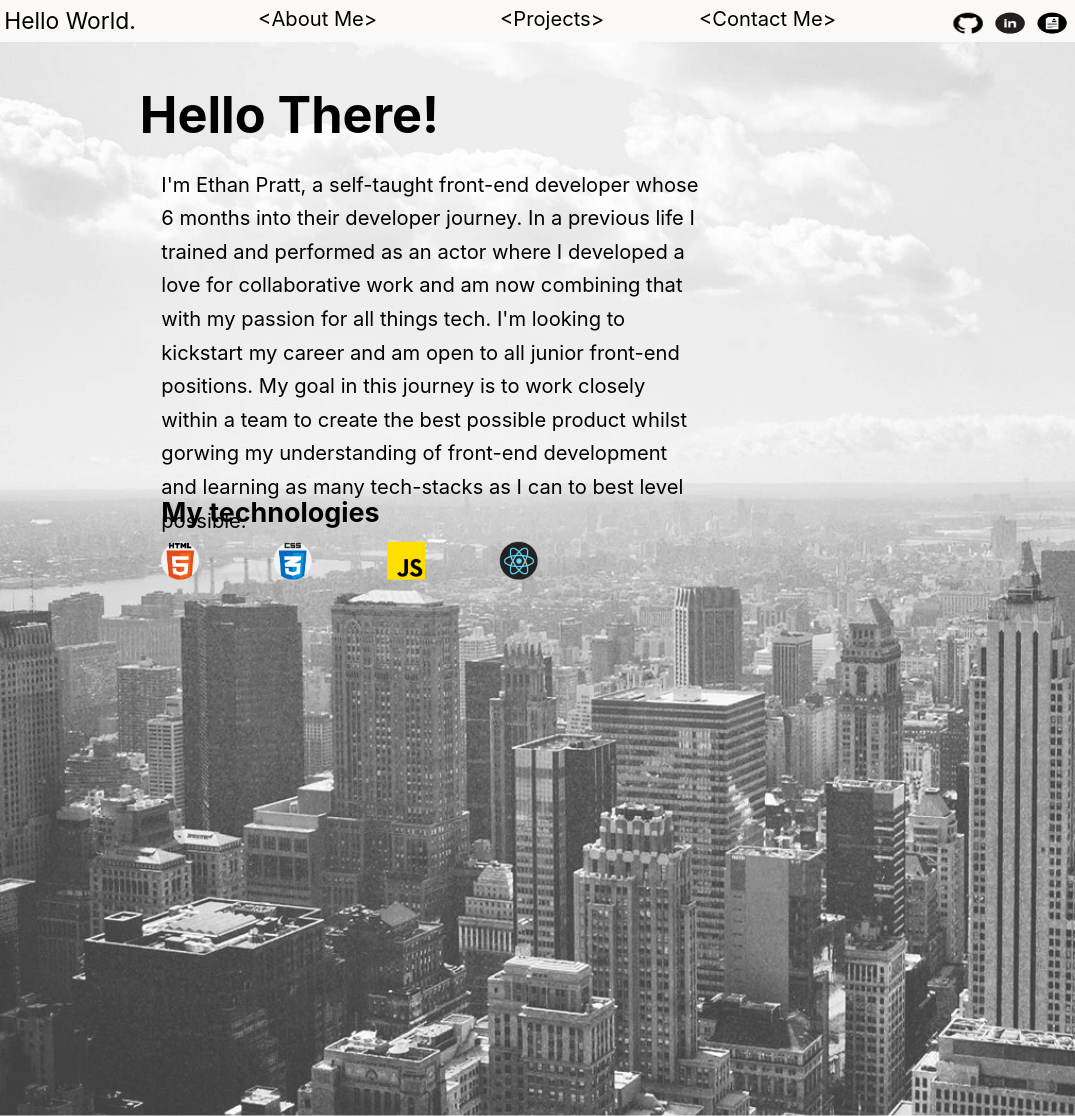
Repository: ghend99/website_ethan_pratt
Page: /about
These files come from the project's save history. The page is drawn as it stood at one moment and after the next save; the edit follows.
The browser window is 1280 px wide. The pictures show the whole page, at 84% of full size.
The project was rebuilt for these pictures with package versions that can differ from the ones it lists, and the page was loaded fresh each time. Also part of the build but not shown: src/pages/home.js, src/pages/project.js, src/css/contact.css, src/pages/contact.js.

Above is the page before, as saved 2023-04-03 12:39:23.

### public/index.html
<!DOCTYPE html>
<html lang="en">
  <head>
    <meta charset="utf-8" />
    <link rel="icon" href="%PUBLIC_URL%/favicon.ico" />
    <meta name="viewport" content="width=device-width, initial-scale=1" />
    <meta name="theme-color" content="#000000" />
    <meta
      name="description"
      content="Web site created using create-react-app"
    />
    <link rel="apple-touch-icon" href="%PUBLIC_URL%/logo192.png" />
    <!--
      manifest.json provides metadata used when your web app is installed on a
      user's mobile device or desktop. See https://developers.google.com/web/fundamentals/web-app-manifest/
    -->
    <link rel="manifest" href="%PUBLIC_URL%/manifest.json" />
    <!--
      Notice the use of %PUBLIC_URL% in the tags above.
      It will be replaced with the URL of the `public` folder during the build.
      Only files inside the `public` folder can be referenced from the HTML.

      Unlike "/favicon.ico" or "favicon.ico", "%PUBLIC_URL%/favicon.ico" will
      work correctly both with client-side routing and a non-root public URL.
      Learn how to configure a non-root public URL by running `npm run build`.
    -->
    <title>Ethan Pratt | Junior Front-End Developer</title>
  </head>
  <body>
    <noscript>You need to enable JavaScript to run this app.</noscript>
    <div id="root"></div>
    <!--
      This HTML file is a template.
      If you open it directly in the browser, you will see an empty page.

      You can add webfonts, meta tags, or analytics to this file.
      The build step will place the bundled scripts into the <body> tag.

      To begin the development, run `npm start` or `yarn start`.
      To create a production bundle, use `npm run build` or `yarn build`.
    -->
  </body>
</html>

### src/App.js
import { BrowserRouter as Router, Routes, Route } from "react-router-dom";
import { Home } from "./pages/home";
import { About } from "./pages/about.js";
import { Project } from "./pages/project.js";
import { Contact } from "./pages/contact.js";

function App() {
  return (
    <div className="App">
      <Router>
        <Routes>
          <Route path="/" element={<Home />} />
          <Route path="/projects" element={<Project />} />
          <Route path="/about" element={<About />} />
          <Route path="/contact" element={<Contact />} />
        </Routes>
      </Router>
    </div>
  );
}

export default App;

### src/pages/about.js
import "../css/about.css";
import { Header } from "../components/header.js";
import html from "../images/html.png";
import css from "../images/css.png";
import javascript from "../images/javascript.png";
import react from "../images/react.png";

export const About = () => {
  return (
    <div className="bg">
      <Header />
      <div className="about-container">
        {/* Infomration Container */}
        <div className="info-container">
          <section className="about">
            <h1 className="about-header">Hello There!</h1>
            <p className="about-paragraph">
              I'm Ethan Pratt, a self-taught front-end developer whose 6 months
              into their developer journey. In a previous life I trained and
              performed as an actor where I developed a love for collaborative
              work and am now combining that with my passion for all things
              tech. I'm looking to kickstart my career and am open to all junior
              front-end positions. My goal in this journey is to work closely
              within a team to create the best possible product whilst gorwing
              my understanding of front-end development and learning as many
              tech-stacks as I can to best level possible.
            </p>
          </section>
        </div>

        {/* Technology Container */}
        <div id="technology-container">
          <h2 className="technology-header">My technologies</h2>
          <img
            className="stack-html"
            id="stack-icon"
            src={html}
            alt="html logo"
          />
          <img className="stack-css" id="stack-icon" src={css} alt="css-logo" />
          <img
            className="stack-javascript"
            id="stack-icon"
            src={javascript}
            alt="javascript-logo"
          />
          <img
            className="stack-react"
            id="stack-icon"
            src={react}
            alt="react-logo"
          />
        </div>
      </div>
    </div>
  );
};

### src/components/header.js
import React, { useState } from "react";
import { Link } from "react-router-dom";
import "../css/header.css";
import github from "../images/github.png";
import linkedin from "../images/linkedin.png";
import resume from "../images/resume.png";
import menu from "../images/menu.png";

export const Header = () => {
  return (
    <div className="header-container">
      <Link className="header-title" to="/">
        Hello World.
      </Link>
      <Link id="header-nav" className="header-projects" to="/projects">
        &lt;Projects&gt;
      </Link>
      <Link id="header-nav" className="header-about" to="/about">
        &lt;About Me&gt;
      </Link>
      <Link id="header-nav" className="header-contact" to="/contact">
        &lt;Contact Me&gt;
      </Link>
      <a href="https://github.com/ghend99" target={"_blank"}>
        <img id="header-socials" className="header-github" src={github} />
      </a>
      <a href="https://www.linkedin.com/in/ethanapratt/" target={"_blank"}>
        <img id="header-socials" className="header-linkedin" src={linkedin} />
      </a>
      <a
        href="https://acrobat.adobe.com/link/review?uri=urn:aaid:scds:US:74a2b676-94fc-39cd-90a1-4f5be50c7792"
        target={"_blank"}
      >
        <img id="header-socials" className="header-resume" src={resume} />
      </a>

      <div className="header-socials-list">
        <a href="https://github.com/ghend99" target={"_blank"}>
          <p className="header-socials-text">Github</p>
        </a>
        <a href="https://www.linkedin.com/in/ethanapratt/" target={"_blank"}>
          <p className="header-socials-text">LinkedIn</p>
        </a>
        <a href="https://www.linkedin.com/in/ethanapratt/" target={"_blank"}>
          <p className="header-socials-text">Resume</p>
        </a>
      </div>
    </div>
  );
};

### src/css/home.css
@import url("https://fonts.googleapis.com/css2?family=Bitter&display=swap");

#center-container {
  position: relative;
  max-width: 25%;
  min-width: 500px;
  height: 20%;
  border-bottom: solid;
  /* background-color: aqua; */
  margin-left: auto;
  margin-right: auto;
  top: 10%;
  text-align: center;
  padding: 70px 0;
}

.home-name {
  top: 0;
  font-size: 50px;
  font-weight: bold;
}

.home-job-title {
  font-size: 32px;
  font-family: "Bitter";
}

.home-resume,
.home-github,
.home-linkedin {
  position: absolute;
  bottom: -50px;
  text-decoration: none;
  color: black;
  font-size: 20px;
  font-weight: bold;
  height: 50px;
  padding-bottom: 10px;
}

.home-resume:hover,
.home-github:hover,
.home-linkedin:hover {
  border-bottom: solid;
}

.home-github {
  left: 0;
}

.home-linkedin {
  left: 45%;
}

.home-resume {
  right: 0;
}

### src/css/about.css
.about-container {
  position: relative;
  max-width: 100%;
  min-width: 600px;
  max-height: 100%;
  min-height: 550px;
  /* background-color: lightyellow; */
}

.info-container {
  position: relative;
  max-width: 100%;
  min-width: 530px;
  max-height: 100%;
  min-height: 420px;
  top: 50px;
  /* background-color: lightgreen; */
}

.about-header {
  position: absolute;
  /* display: inline-block; */
  left: 13%;
  margin: 0;
  font-size: 60px;
}

.about-paragraph {
  position: absolute;
  top: 100px;
  left: 15%;
  max-width: 50%;
  min-width: 500px;
  margin: 0;
  font-size: 24px;
  line-height: 40px;
}

#technology-container {
  position: relative;
  top: 30px;
  max-width: 70%;
  min-width: 40%;
  max-height: 100%;
  min-height: 150px;
  left: 15%;
  margin: 0;
  /* background-color: lightblue; */
}

.technology-header {
  position: absolute;
  margin: 0;
  font-size: clamp(2rem, 1vw, 4rem);
}

#stack-icon {
  position: absolute;
  top: 55px;
  width: 5%;
}

.stack-html {
  left: 0;
}

.stack-css {
  left: 15%;
}

.stack-javascript {
  left: 30%;
}

.stack-react {
  left: 45%;
}

@media screen and (min-width: 0) and (max-width: 1740px) {
  #technology-container {
    top: 20px;
  }
}

@media screen and (min-width: 0) and (max-width: 1730px) {
  #technology-container {
    top: 50px;
  }
}

@media screen and (min-width: 0) and (max-width: 1570px) {
  #technology-container {
    top: 80px;
  }
}

@media screen and (min-width: 0) and (max-width: 1370px) {
  #technology-container {
    top: 120px;
  }
}
@media screen and (min-width: 0) and (max-width: 1230px) {
  #technology-container {
    top: 180px;
  }
}

@media screen and (min-width: 0) and (max-width: 1150px) {
  #technology-container {
    top: 220px;
  }
}

@media screen and (min-width: 0) and (max-width: 1050px) {
  #technology-container {
    top: 260px;
  }
}

### src/css/header.css
@import url("https://fonts.googleapis.com/css2?family=Bitter&display=swap");

.header-socials-text {
  color: black;
  text-decoration: none;
  border-bottom: none;
}

.header-container {
  position: relative;
  display: flex;
  flex-direction: row;
  max-width: 100%;
  min-width: 530px;
  max-height: 200px;
  min-height: 50px;
  background-color: #faf9f6;
  /* padding-top: 20px; */
}

.header-title {
  position: absolute;
  left: 5px;
  margin: 0;
  margin-right: clamp(20px, 50px, 30px);
  font-size: clamp(1rem, 4vw, 1.7rem);
  top: 8px;
  text-decoration: none;
  color: black;
}

#header-nav {
  position: absolute;
  display: flex;
  font-size: clamp(1rem, 4vw, 1.5rem);
  margin: 0;
  margin-right: clamp(20px, 50px, 30px);
  top: 8px;
}

.header-projects {
  left: clamp(30%, 46.5%, 60%);
  text-decoration: none;
  color: black;
}

.header-about {
  margin: 0;
  margin-left: 50px;
  margin-right: 100px;
  left: clamp(5px, 24%, 55%);
  text-decoration: none;
  color: black;
}

.header-contact {
  left: clamp(20%, 65%, 70%);
  text-decoration: none;
  color: black;
}

#header-socials {
  max-width: 11%;
  min-width: 35px;
  max-height: 50%;
  min-height: 10px;
  top: 15px;
  cursor: pointer;
}

#header-nav:hover {
  border-bottom: solid;
}

.header-github {
  position: absolute;
  right: clamp(10px, 12%, 110px);
}

.header-linkedin {
  position: absolute;
  right: clamp(5px, 10%, 60px);
}

.header-resume {
  position: absolute;
  right: clamp(10px, 10%, 10px);
}

.bg {
  position: relative;
  max-width: 100%;
  min-width: 650px;
  height: 100vh;
  min-height: 83rem;
  background-size: cover;
  background-repeat: no-repeat;
  background-position: center center;
}

.bg::before {
  content: "";
  background-image: url(../images/background-image.jpg);
  background-size: cover;
  position: absolute;
  top: 0px;
  right: 0px;
  bottom: 0px;
  left: 0px;
  opacity: 0.75;
}

.header-socials-list {
  position: absolute;
  right: 10px;
  top: 50px;
  font-size: 12px;
  font-weight: bold;
  font-family: "Bitter";
  color: black;
  opacity: 0;
  transition: all 0.2s;
}

@media screen and (min-width: 0) and (max-width: 1028px) {
  #header-socials {
    display: none;
  }

  .header-socials-list {
    opacity: 1;
  }
}

@media screen and (min-width: 0) and (max-width: 612px) {
  #header-nav {
    top: 13px;
    font-size: 22px;
  }

  .header-socials-menu {
    top: 15px;
    right: 10px;
    width: 20px;
    height: 20px;
  }
}

@media screen and (min-width: 0) and (max-width: 554px) {
  #header-nav {
    font-size: 20px;
  }

  .header-title {
    top: 15px;
    font-size: 16px;
  }
}

### src/css/project.css
@import url("https://fonts.googleapis.com/css2?family=Bitter&display=swap");

#projects-container {
  position: absolute;
  display: grid;
  grid-template-columns: 1fr 1fr 1fr;
  grid-template-rows: 3fr;
  max-width: 80%;
  min-width: 70%;
  max-height: 400vh;
  min-height: 150px;
  background-color: blue;
  /* opacity: 0.7; */
  left: 10%;
  top: 10%;
}

#single-project {
  position: relative;
  max-width: 100%;
  max-height: 600px;
  min-height: clamp(30%, 450px, 800px);
  border: solid;
  text-align: center;
  background-color: #faf9f6;
}

.project-name {
  font-family: "Bitter";
  font-size: clamp(18px, 24px, 30px);
}

#project-image {
  position: relative;
  max-width: 80%;
  max-height: 75%;
  min-height: 20%;
  top: -10px;
  margin-left: auto;
  margin-right: auto;
}

.image {
  width: 70%;
}

.project-footer {
  position: absolute;
  display: grid;
  grid-template-columns: 1fr 1fr 1fr;
  text-align: center;
  width: 100%;
  height: 6%;
  bottom: 0;
}

.source-link,
.source-demo,
.project-info {
  position: absolute;
  text-decoration: none;
  color: black;
  font-size: clamp(0.8rem, 0.5vw, 0.8rem);
  font-weight: bold;
  height: 20px;
  cursor: pointer;
}

.source-link {
  left: 5px;
}

.source-demo {
  right: 5px;
}

#project-information {
  font-size: 14px;
}

.source-link:hover,
.source-demo:hover,
.project-info:hover {
  border-bottom: solid;
}

@media screen and (min-width: 0) and (max-width: 1028px) {
  #project-container {
    grid-template-columns: 1fr 1fr 1fr;
  }

  #single-project {
    height: 50%;
  }

  .project-footer {
    grid-template-rows: 0.5fr;
    bottom: 0;
  }

  .source-link,
  .source-demo,
  .project-info {
    font-size: 10px;
    font-weight: bold;
  }

  .source-link {
    margin: 0;
  }

  .source-demo {
    margin: 0;
    right: 7px;
  }

  .project-info {
    margin: 0;
    top: -4px;
  }
}

@media screen and (min-width: 0) and (max-width: 708px) {
  #projects-container {
    height: 20%;
  }

  .project-footer {
    bottom: 0;
  }

  .source-link,
  .source-demo,
  .project-info {
    font-size: 8px;
  }

  /* #single-project {
    min-height: 300px;
  } */
}

Loaded but not shown: src/index.js (common file); src/index.css (common file)

After the next save:
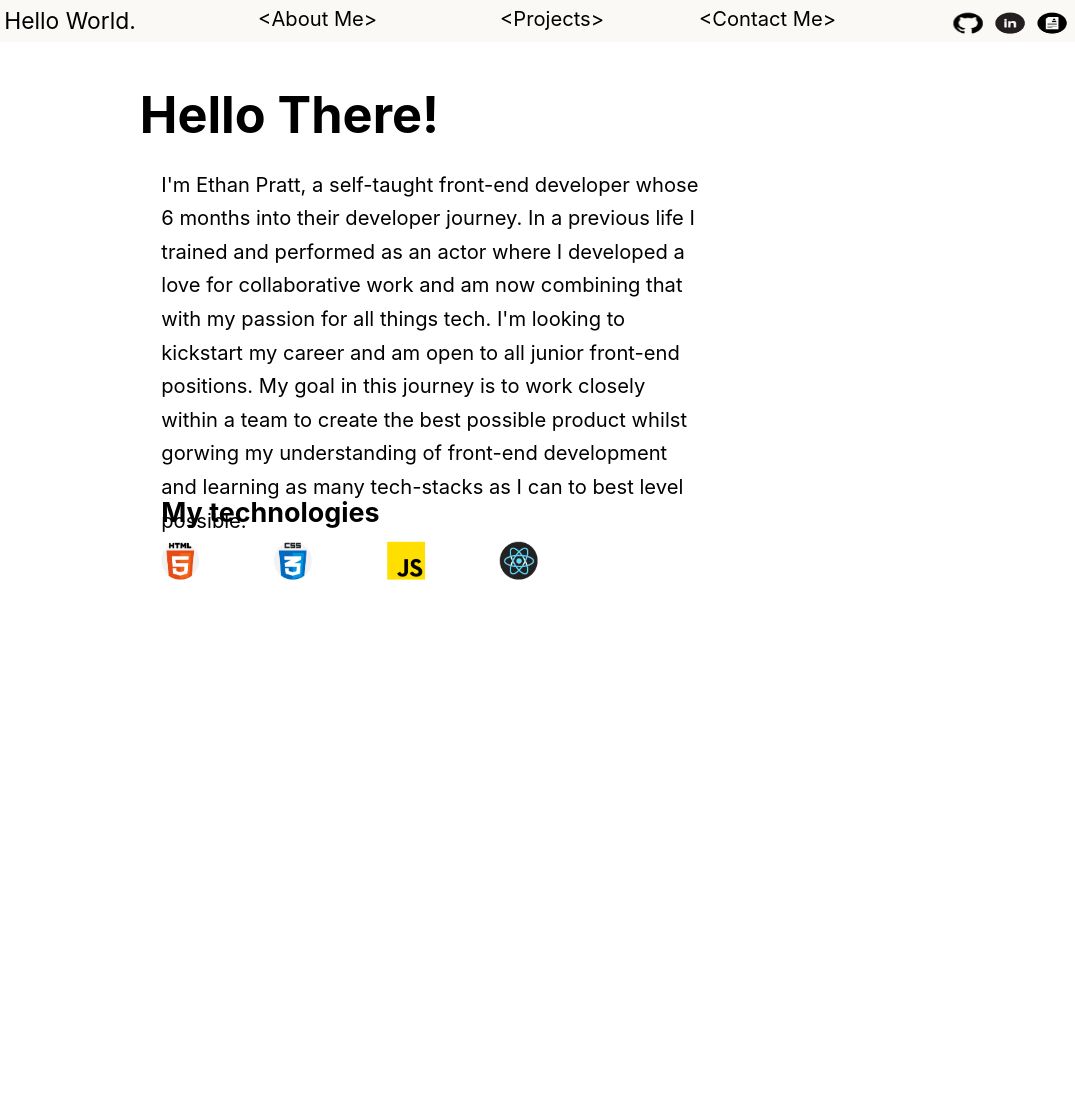
Saved 73 s later.
--- a/src/css/header.css
+++ b/src/css/header.css
@@ -98,7 +98,7 @@
   background-position: center center;
 }
 
-.bg::before {
+/* .bg::before {
   content: "";
   background-image: url(../images/background-image.jpg);
   background-size: cover;
@@ -108,7 +108,7 @@
   bottom: 0px;
   left: 0px;
   opacity: 0.75;
-}
+} */
 
 .header-socials-list {
   position: absolute;

After the save that followed:
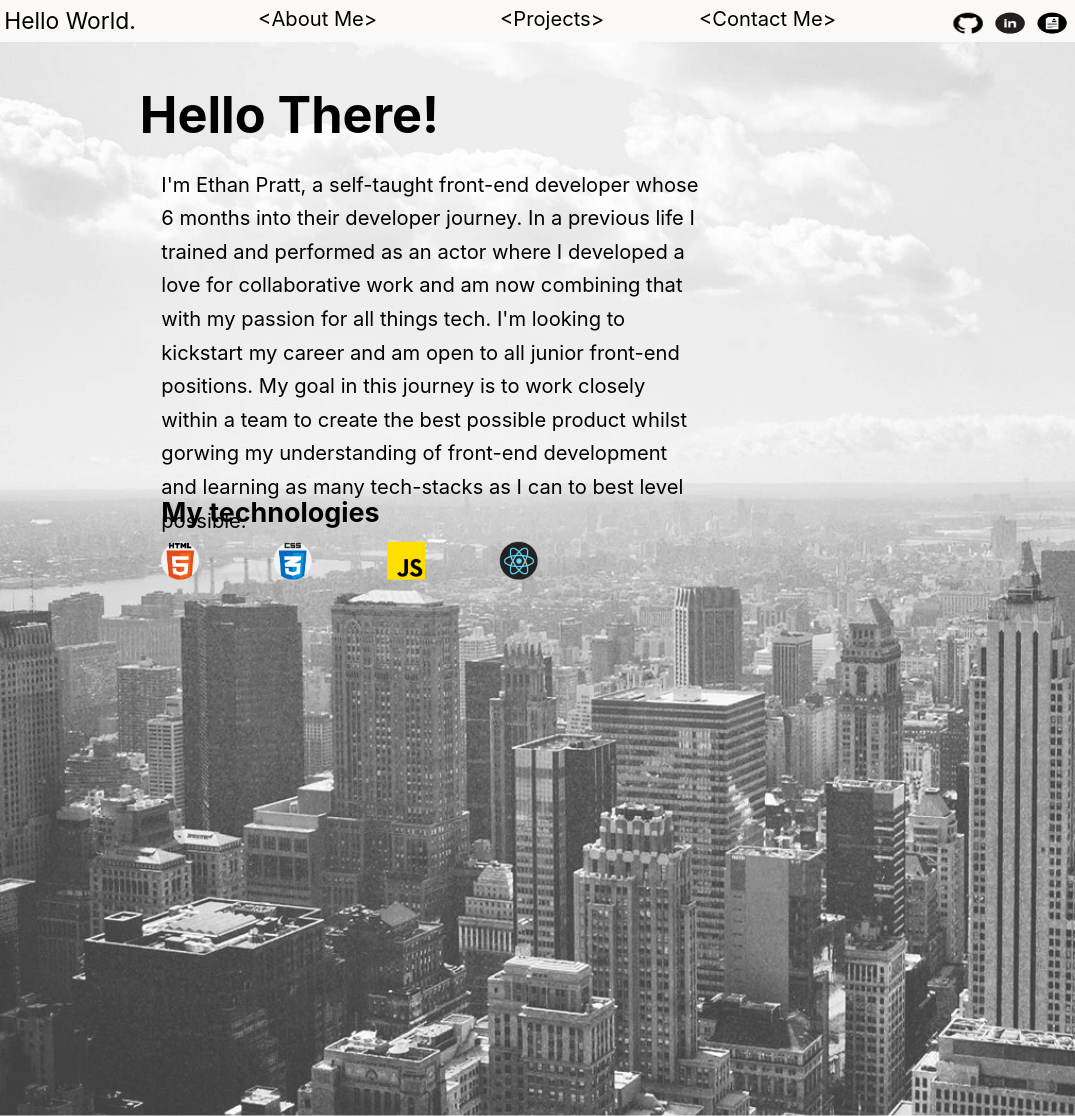
Saved 9 s later.
--- a/src/css/header.css
+++ b/src/css/header.css
@@ -98,7 +98,7 @@
   background-position: center center;
 }
 
-/* .bg::before {
+.bg::before {
   content: "";
   background-image: url(../images/background-image.jpg);
   background-size: cover;
@@ -108,7 +108,7 @@
   bottom: 0px;
   left: 0px;
   opacity: 0.75;
-} */
+}
 
 .header-socials-list {
   position: absolute;
